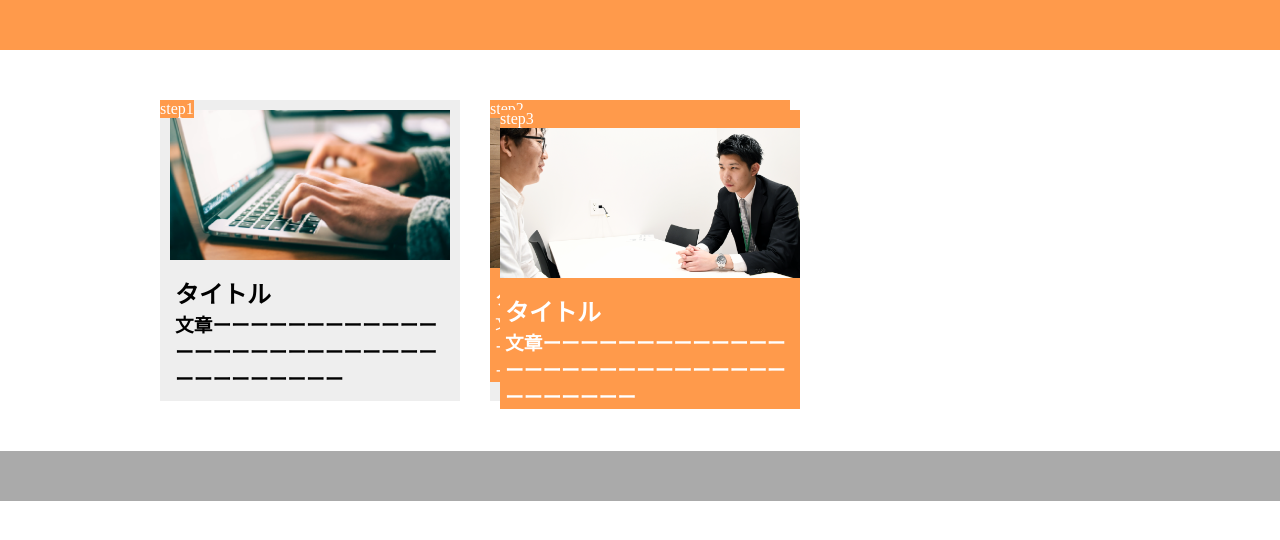
Repository: yuu3176/theme1
Page: 1-9-2/1-9-2.html
The author's editor kept a record of every edit. The page is drawn from the files as they stood at one moment, then again after the next edit.
The browser window is 1280 px wide. The pictures show the whole page.

Above is the page before.

### 1-9-2/1-9-2.html
<!DOCTYPE html>
<html lang="ja">
  <head>
    <meta charset="utf-8">
    <link rel="stylesheet" href="1-9-2.css">
    <title>1-9-2</title>
  </head>

  <body>
    <header></header>
    <main>
      <div class="box">
        <div class="box-step">
          <p>step1</p>
        </div>
        <div class="box-image1"></div>
        <section class="box-text">
          <h2>タイトル</h2>
          <h3>文章ーーーーーーーーーーーーーーーーーーーーーーーーーーーーーーーーーーー</h3>
        </section>
      </div>
      <div class="box">
        <div class="box-step">
          <p>step2</p>
        <div class="box-image2"></div>
        <section class="box-text">
          <h3>タイトル</h3>
          <p>文章ーーーーーーーーーーーーーーーーーーーーーーーーーーーーーーーーーーー</p>
        </section>
      </div>
      <div class="box">
        <div class="box-step">
          <p>step3</p>
        <div class="box-image3"></div>
        <section class="box-text">
          <h2>タイトル</h2>
          <h3>文章ーーーーーーーーーーーーーーーーーーーーーーーーーーーーーーーーーーー</h3>
        </section>
      </div>
    </main>
    <footer></footer>
  </body>
</html>

### 1-9-2/1-9-2.css
*{
  margin: 0;
  padding: 0;
  box-sizing: border-box;
}

header{
  height: 50px;
  background-color: #ff9a4b;
}

main{
  width: 960px;
  margin: 50px auto;
  display: flex;
}

.box{
  width: 300px;
  margin-right: 30px;
  padding: 10px;
  position: relative;
  background-color: #eeeeee;
}

.box:last-child{
  margin-right: 0;
}

.box-step{
  position: absolute;
  top: 0;
  left: 0;
  background-color: #ff9a4b;
  color: #fff;
}

.box-image1{
  height: 150px;
  background-image: url(img/flow01.png);
  background-position: bottom;
  background-size: cover;
}

.box-image2{
  height: 150px;
  background-image: url(img/flow02.png);
  background-position: bottom;
  background-size: cover;
}

.box-image3{
  height: 150px;
  background-image: url(img/flow03.png);
  background-position: bottom;
  background-size: cover;
}

.box-text{
  margin: 15px 0 0 5px;
}

footer{
  height: 50px;
  background-color: #aaaaaa;
}

@media screen and (max-width:768px){
  header{
    width: 100%;
  }

  main{
    width: 100%;
    margin: 50px auto;
    display: block;
  }

  .box{
    width: 90%;
    margin-bottom: 20px;
    margin-left: 5%;
    margin-right: 5%;
  }

  .box:last-child{
    margin-bottom: 0;
  }

  .box-image1 .box-image2 .box-image3{
    height: 150px;
  }

  footer{
    width: 100%;
  }
}

After the next edit:
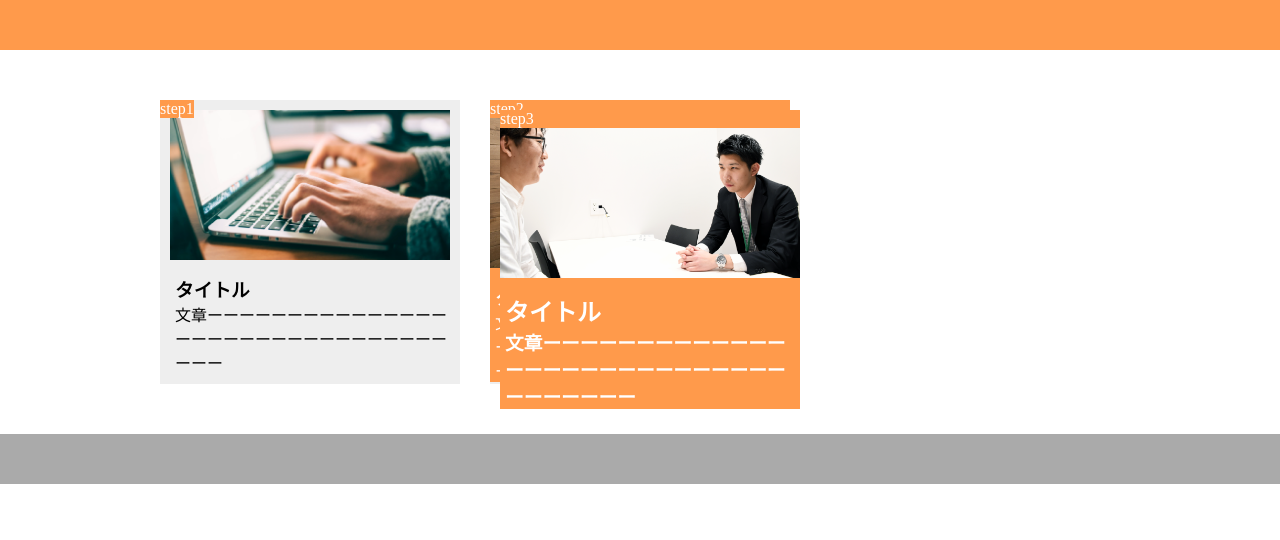
The edit:
--- a/1-9-2/1-9-2.html
+++ b/1-9-2/1-9-2.html
@@ -15,8 +15,8 @@
         </div>
         <div class="box-image1"></div>
         <section class="box-text">
-          <h2>タイトル</h2>
-          <h3>文章ーーーーーーーーーーーーーーーーーーーーーーーーーーーーーーーーーーー</h3>
+          <h3>タイトル</h3>
+          <p>文章ーーーーーーーーーーーーーーーーーーーーーーーーーーーーーーーーーーー</p>
         </section>
       </div>
       <div class="box">
